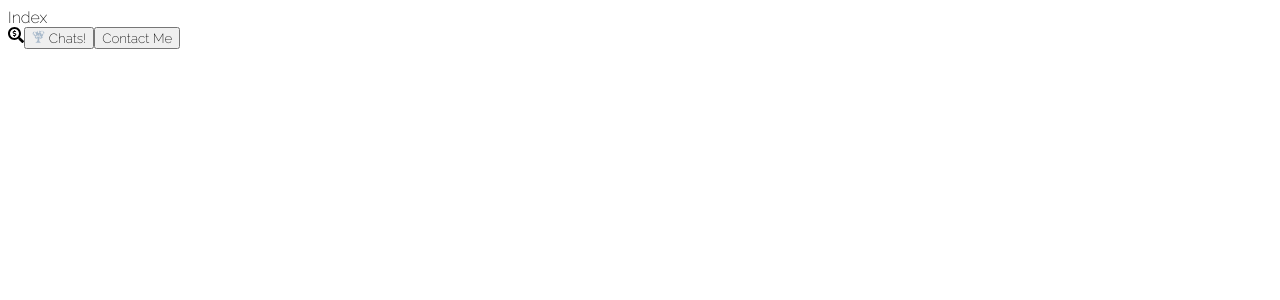
Repository: semileeBCIT/MDIA2109Tut4
Page: /
The author's editor kept a copy of each file at every save. The page is drawn from the files as they stood at one save, then again after the next save.
The browser window is 1280 px wide. The pictures show the whole page.
The project was rebuilt for these pictures with package versions that can differ from the ones it lists, and the page was loaded fresh each time. The framework's server and built-in components were replaced by stand-ins that run in the browser. Also part of the build but not shown: next.config.js.

Above is the page before, as saved 2020-04-15 21:54:21.

### pages/_app.js
// import App from 'next/app'
import './app.css';

function MyApp({ Component, pageProps }) {
    return <Component {...pageProps} />
  }

  // Only uncomment this method if you have blocking data requirements for
  // every single page in your application. This disables the ability to
  // perform automatic static optimization, causing every page in your app to
  // be server-side rendered.
  //
  // MyApp.getInitialProps = async (appContext) => {
  //   // calls page's `getInitialProps` and fills `appProps.pageProps`
  //   const appProps = await App.getInitialProps(appContext);
  //
  //   return { ...appProps }
  // }

  export default MyApp

### pages/_document.js
import Document, { Html, Head, Main, NextScript } from 'next/document';

class MyDocument extends Document {
  static async getInitialProps(ctx) {
    const initialProps = await Document.getInitialProps(ctx)
    return { ...initialProps }
  }

  render() {
    return (
      <Html>
        <Head />
        <body>
          <link href="https://fonts.googleapis.com/css2?family=Raleway:wght@200&display=swap" rel="stylesheet"></link>
          <Main />
          <NextScript />
        </body>
      </Html>
    )
  }
}

export default MyDocument

### pages/index.js
import Link from 'next/link';
import Router from 'next/router';
import {FaSearchDollar} from 'react-icons/fa';
import {GiBurningTree} from 'react-icons/gi';
import './index.css';

function ClickIndex(){

    document.querySelector("#mainapp").style.right = "-100%";
    setTimeout(function(){
      Router.push("/ChatPage");
  }, 1000)
}

const Index = () => <div id="mainapp">
    <div onClick={ClickIndex}>Index</div>
    <FaSearchDollar />
    <Link href="/ChatPage"><button><GiBurningTree color="#ABC" /> Chats!</button></Link>
    <Link href="/Contact"><button>Contact Me</button></Link>
</div>

export default Index;

### pages/app.css
*{
    font-family: 'Raleway', sans-serif;
}

### pages/index.css
#mainapp{
    position:relative;
    right:0;
    opacity: 1;
    transition: opacity 1s, right 1s;

}

body, html {
    overflow-x: hidden;
}

After the next save:
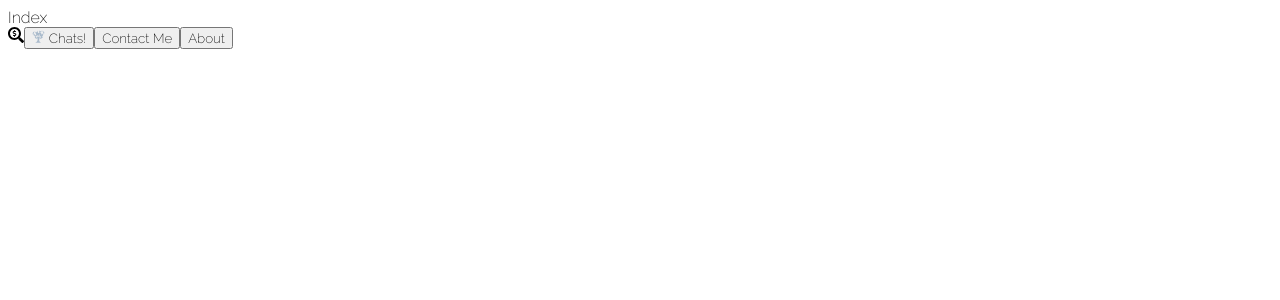
Saved 74 s later.
--- a/pages/index.js
+++ b/pages/index.js
@@ -17,6 +17,7 @@ const Index = () => <div id="mainapp">
     <FaSearchDollar />
     <Link href="/ChatPage"><button><GiBurningTree color="#ABC" /> Chats!</button></Link>
     <Link href="/Contact"><button>Contact Me</button></Link>
+    <Link href="/About"><button>About</button></Link>
 </div>
 
 export default Index;
